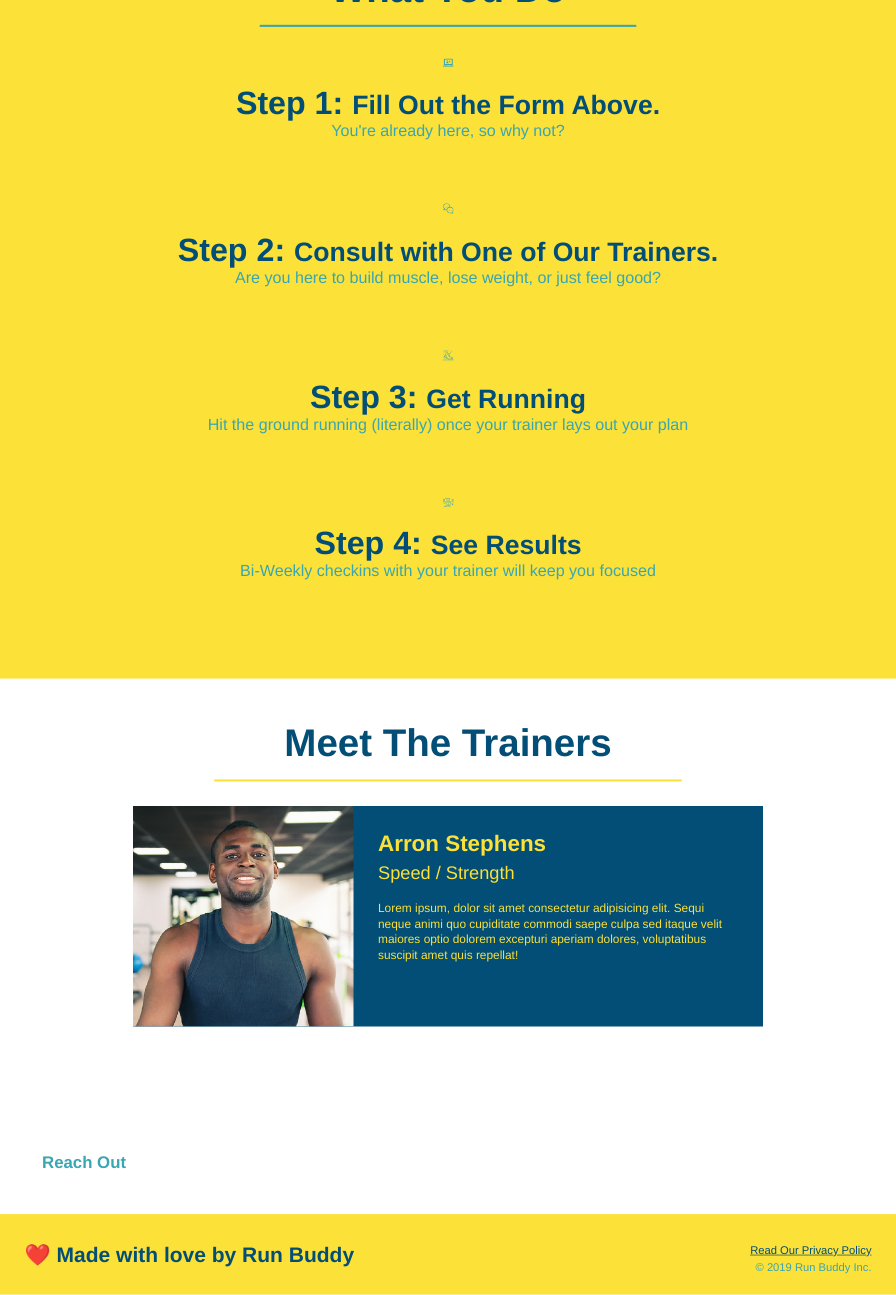
Repository: symlara/run-buddy
Page: index.html
An editor plug-in stored every save of this project. The page is shown before and after a run of saves, followed by the edit.
The browser window is 1280 px wide. The pictures show the part of the page from y = 1288 to 3208 px (the page is 3138 px tall before and 3208 px after), at 70% of full size.

Above is the page before, as saved 2020-12-10 14:37:25.

After the next 6 saves:
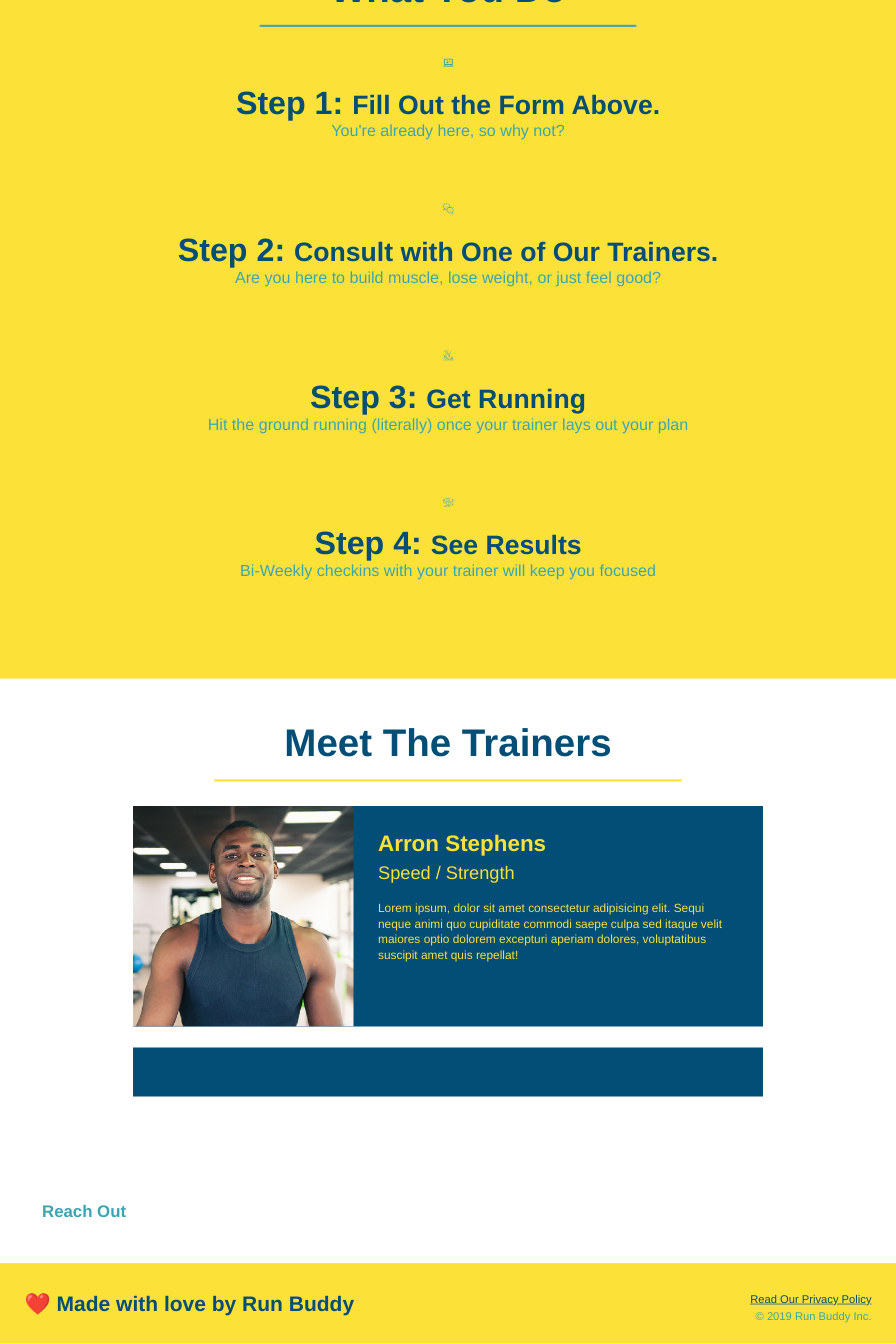
The 6 saves are shown as one change because they came seconds apart.
The last was saved 19 s later.
--- a/index.html
+++ b/index.html
@@ -130,7 +130,9 @@
 
             <!--second trainer bio -->
             <article class="trainer">
+                <div class="trainer-bio text-right">
 
+                </div>
             </article>
         </section>
 
